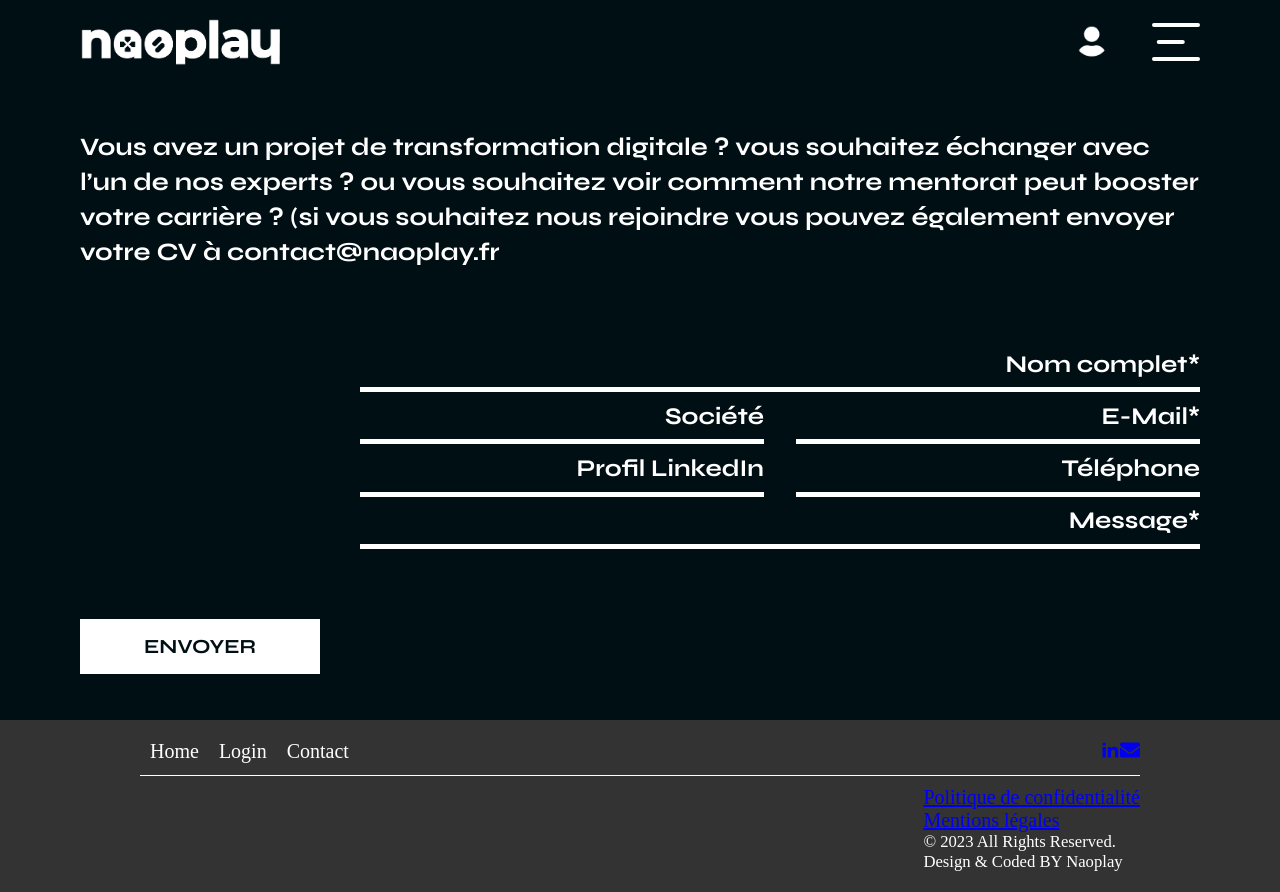
Repository: Hindsedrati/Naoplay
Page: /contact
An editor plug-in stored every save of this project. The page is shown before and after the next save, followed by the edit.
The browser window is 1280 px wide. The pictures show the whole page.
The project was rebuilt for these pictures with package versions that can differ from the ones it lists, and the page was loaded fresh each time. Also part of the build but not shown: src/Pages/Login/index.jsx, src/Components/Const/index.jsx, src/Components/Partners/index.jsx, src/Components/Naoplay/index.jsx, src/Components/Api/index.jsx, src/Components/Digitalisation/index.jsx, src/Components/Gateway/index.jsx, src/Components/ApiManagement/index.jsx and 6 more.

Above is the page before, as saved 2023-05-09 12:15:25.

After the next save:
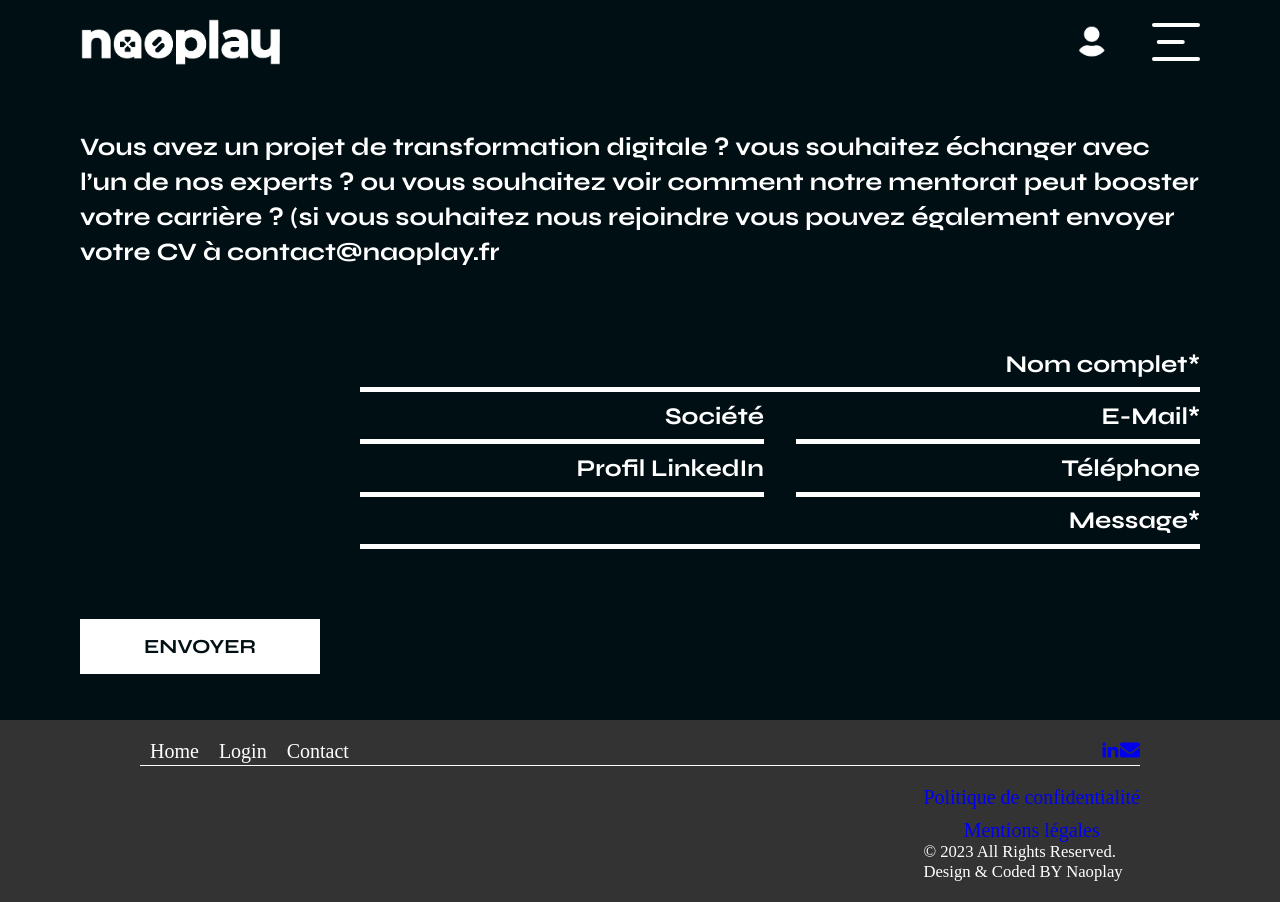
Saved 19 s later.
--- a/src/Layouts/Footer/Index.jsx
+++ b/src/Layouts/Footer/Index.jsx
@@ -26,13 +26,13 @@
     </div>
     </div>
     <div>
-        <div className='footer-mentions'>
+        <div >
 
         </div>
 
     <div class="footer-bottom">
-    <a href='/'>Politique de confidentialité</a>
-    <a href='/'>Mentions légales</a>
+        <a className='footer-mentions' href='/'>Politique de confidentialité</a>
+        <a className='footer-mentions' href='/'>Mentions légales</a>
     <small>&copy; 2023 All Rights Reserved. </small>
     <small>Design & Coded BY Naoplay </small>
 
